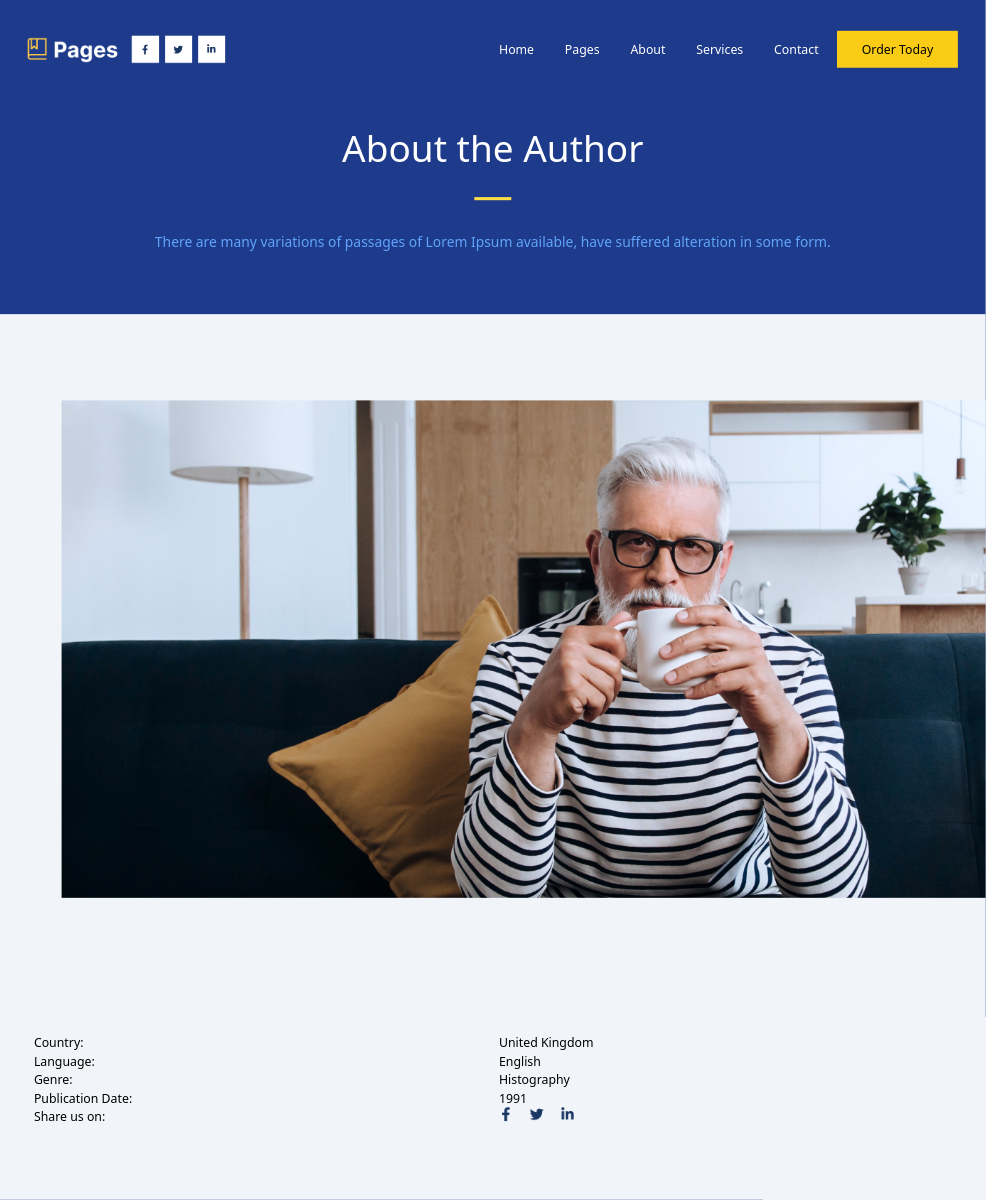
Repository: Godnorg/Class3
Page: index.html
These files come from the project's save history. The page is drawn as it stood at one moment and after the next save; the edit follows.
The browser window is 1280 px wide. The pictures show the whole page, at 77% of full size.
Some web libraries are served in a nearby version.

Above is the page before, as saved 2023-02-19 02:28:06.

After the next save:
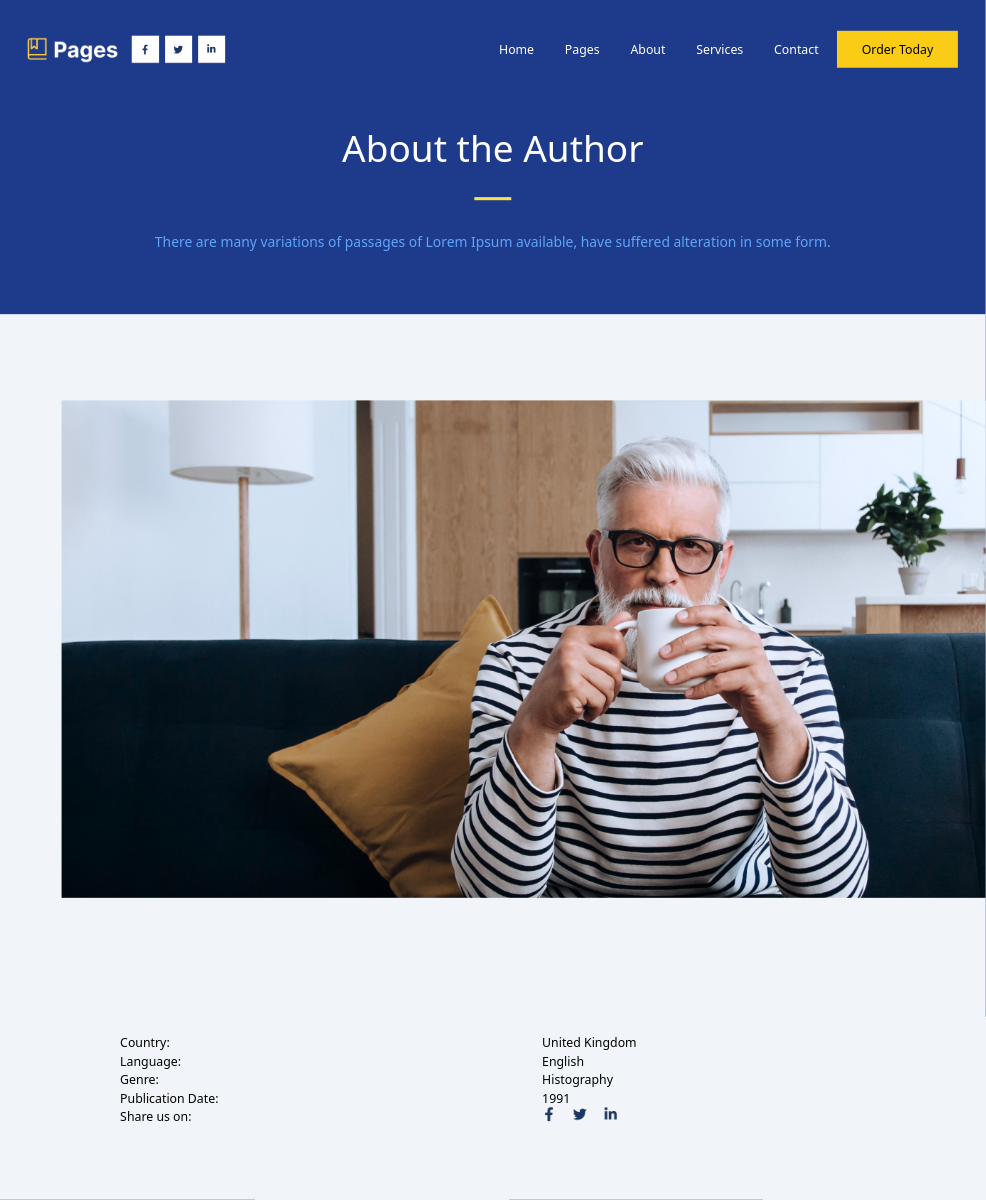
Saved 5 s later.
--- a/index.html
+++ b/index.html
@@ -36,7 +36,7 @@
         <img src="./oldman2.jpg">
         </div>
         <div>
-            <div class="grid grid-cols-2 py-24 ml- gap-x-4 bg-color-white px-11">
+            <div class="grid grid-cols-2 py-24 ml-28 gap-x-4 bg-color-white px-11">
                 <h2>Country:</h2>
                 <p>United Kingdom</p>
                 <h2>Language:</h2>
